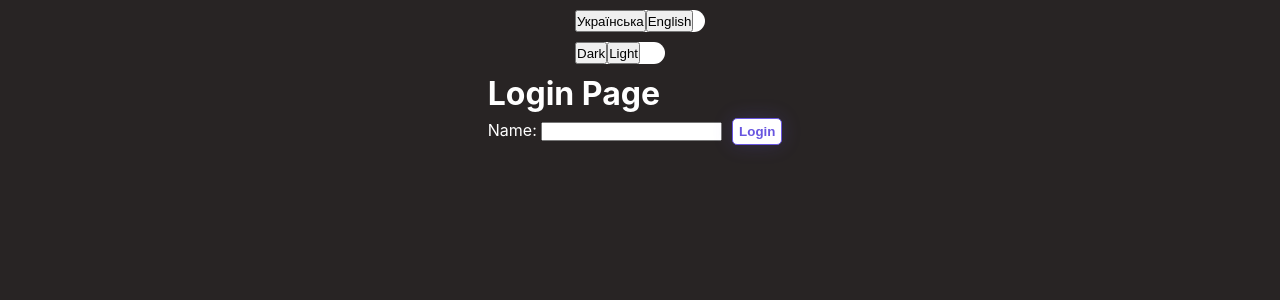
Repository: Novoselets28/star-wars-hooks
Page: /people
The author's editor kept a copy of each file at every save. The page is drawn from the files as they stood at one save, then again after the next save.
The browser window is 1280 px wide. The pictures show the whole page.
The project was rebuilt for these pictures with package versions that can differ from the ones it lists, and the page was loaded fresh each time. Also part of the build but not shown: src/components/HomePage.jsx, src/components/People/CurrentPeople.jsx, src/components/People/PeopleList.jsx, src/components/People/People.jsx, src/components/Planets/CurrentPlanet.jsx, src/components/Planets/PlanetsList.jsx, src/components/Planets/Planets.jsx, src/components/Starships/CurrentStarship.jsx and 4 more.

Above is the page before, as saved 2023-03-27 19:54:54.

### src/index.js
import React from 'react';
import ReactDOM from 'react-dom/client';
import './index.css';
import App from './App';
import reportWebVitals from './reportWebVitals';
import { BrowserRouter } from 'react-router-dom';



const root = ReactDOM.createRoot(document.getElementById('root'));
root.render(
  <React.StrictMode>
    <BrowserRouter>
      <App />
    </BrowserRouter>
  </React.StrictMode>
);

// If you want to start measuring performance in your app, pass a function
// to log results (for example: reportWebVitals(console.log))
// or send to an analytics endpoint. Learn more: https://bit.ly/CRA-vitals
reportWebVitals();

### src/App.js
import React, { createContext, useState } from 'react';
import { Route, Routes } from 'react-router';
import './App.css'
import Header from './components/Header';
import HomePage from './components/HomePage';
import People from './components/People/People';
import Planets from './components/Planets/Planets';
import Starships from './components/Starships/Starships';
import LoginPage from './components/LoginPage';
import RequireAuth from './hoc/RequireAuth';
import AuthProvider from './hoc/AuthProvider'
import Layout from './components/Layout';
import ErrorPage from './components/ErrorPage';



export const ThemeContext = createContext();
export const LangContext = createContext(null)

function App() {

  const [theme, setTheme] = useState("dark");

  const [currentLang, setCurrentLang] = useState("eng")


  return (
          <div className={`container-${theme}`}>
            <LangContext.Provider value={{currentLang, setCurrentLang}}>
              <ThemeContext.Provider value={{theme,setTheme}}>
                <AuthProvider>
                  <Header/>
                  <Routes>
                      <Route path="login" element={<LoginPage/>}/>
                      <Route path='*' element={<ErrorPage/>} />
                      <Route path='/' element={
                        <RequireAuth>
                          <Layout />
                        </RequireAuth>
                      }/>
                      <Route path="home" element={
                        <RequireAuth>
                          <HomePage />
                        </RequireAuth>
                      }/>
                      <Route path="people" element={
                        <RequireAuth>
                          <People />
                        </RequireAuth>
                      }/>
                      <Route path="planets" element={
                        <RequireAuth>
                          <Planets/>
                        </RequireAuth>
                      } />
                      <Route path="starships" element={
                        <RequireAuth>
                          <Starships/>
                        </RequireAuth>
                      } />
                  </Routes>
                </AuthProvider>
              </ThemeContext.Provider>
            </LangContext.Provider>
            </div>

  );
}

export default App;

### src/App.css
*{
  margin: 0;
  padding: 0;
}

.header{
  display: flex;
  justify-content: space-around;
  width: 100vw;
}

.navigate-block{
  display: flex;
}

header a{
  text-decoration: none;
  font-family: sans-serif;
  display: inline-block;
  color: #fff;
  padding: 10px 20px;
  background-color: rgb(48, 48, 61);
  border-bottom: 5px solid #f4ce28;
}

.container-dark {
  background-color: rgb(40, 36, 36);
  color: #fff;
  width: 100vw;
  height: 100vh;
  display: flex;
  flex-direction: column;
  align-items: center;
}

.container-light {
  background-color: rgb(171, 163, 163);
  color: #fff;
  width: 100vw;
  height: 100vh;
  display: flex;
  flex-direction: column;
  align-items: center;

}

.item-block{
  width: 240px;
  text-align: center;
}

.item-block button{
  cursor: pointer;
  border: none;
  border-radius: 25px;
  font-weight: 600;
  margin: 10px 10px;
  width: 50px;
  padding: 10px 0;
  box-shadow: 0 0 20px rgba(104, 85, 224, 0.2);
  transition: 0.4s;
  color: rgb(104, 85, 224);
  background-color: rgba(255, 255, 255, 1);
  border: 1px solid rgba(104, 85, 224, 1);
}

.item-block button:hover{
  color: white;
  box-shadow: 0 0 20px rgba(104, 85, 224, 0.6);
  background-color: rgba(104, 85, 224, 1);
}

.item-list{
  text-align: center;
}

.selected-item {
  background-color: rgb(56, 55, 55);
  margin: 15px;
  border: 3px solid rgb(103, 101, 101);
}

h2{
  color: rgb(8, 120, 8);
  cursor: pointer;
}

h2:hover{
  text-decoration: underline;
}

ul{
  background-color: rgb(56, 55, 55);
}

li{
  list-style: none;
  border: 1px solid rgb(103, 101, 101);
  cursor: pointer;
}

li:hover{
  box-shadow: 0 0 20px rgba(85, 85, 86, 0.6);
}

.button-box-theme{
  display: flex;
  width: 90px;
  height: 22px;
  margin: 10px 20px;
  position: relative;
  border-radius: 30px;
  background: #fff;
}

.button-box-lang{
  display: flex;
  width: 130px;
  height: 22px;
  margin: 10px 20px;
  position: relative;
  border-radius: 30px;
  background: #fff;
}

.btn-dark{
  padding: 5px;
  width: 45px;
  height: 22px;
  cursor: pointer;
  background: #e67e22;
  border: 0;
  border-radius: 30px;
  outline: none;
  transition: 0.2s;
  text-align: center;
}

.btn-light{
  padding: 5px;
  width: 45px;
  height: 22px;
  cursor: pointer;
  background: transparent;
  border: 0;
  outline: none;
  text-align: center;
}

.active{
  padding: 5px;
  width: 75px;
  height: 22px;
  cursor: pointer;
  background: linear-gradient(to right, yellow 50%, rgb(0, 166, 255) 50%);
  border: 0;
  border-radius: 30px;
  outline: none;
  transition: 0.2s;
  text-align: center;
}

.not-active{
  padding: 5px;
  width: 75px;
  height: 22px;
  cursor: pointer;
  background: transparent;
  border: 0;
  outline: none;
  text-align: center;
}

.home-page{
  text-align: center;
  padding: 20px 0;
}

.home-page button{
  cursor: pointer;
  border: 0;
  border-radius: 4px;
  font-weight: 600;
  margin: 10px 10px;
  width: 200px;
  padding: 10px 0;
  box-shadow: 0 0 20px rgba(104, 85, 224, 0.2);
  transition: 0.4s;
  color: rgb(104, 85, 224);
  background-color: rgba(255, 255, 255, 1);
  border: 1px solid rgba(104, 85, 224, 1);
}

.home-page button:hover{
    color: white;
    box-shadow: 0 0 20px rgba(104, 85, 224, 0.6);
    background-color: rgba(104, 85, 224, 1);
}

form button{
  cursor: pointer;
  border-radius: 5px;
  font-weight: 600;
  margin: 5px 10px;
  width: 50px;
  padding: 5px 0;
  box-shadow: 0 0 20px rgba(104, 85, 224, 0.2);
  transition: 0.4s;
  color: rgb(104, 85, 224);
  background-color: rgba(255, 255, 255, 1);
  border: 1px solid rgba(104, 85, 224, 1);
}

form button:hover{
  color: white;
  box-shadow: 0 0 20px rgba(104, 85, 224, 0.6);
  background-color: rgba(104, 85, 224, 1);
}

form input{
  cursor: pointer;
}

#error-page {
  text-align: center;
}

### src/components/Header.jsx
import React, { useContext } from 'react';
import { LangContext, ThemeContext } from '../App';




function Header() {
  const { language, setLanguage} = useContext(LangContext);
  const {theme , setTheme} = useContext(ThemeContext)






  return (
    <div>
      <div className="button-box-lang">
        <button className={language==="ukr" ? "active" : ""} onClick={()=>setLanguage("ukr")}>Українська</button>
        <button className={language==="eng" ? "active" : ""} onClick={()=>setLanguage("eng")}>English</button>
      </div>
      <div className="button-box-theme">
        <button className={theme==="light" ? "dark" : ""} onClick={()=>setTheme("dark")}>Dark</button>
        <button className={theme==="dark" ? "light" : ""} onClick={()=>setTheme("light")}>Light</button>
      </div>
    </div>
  );
}

export default Header;

### src/components/LoginPage.jsx
import { useLocation, useNavigate } from "react-router-dom";
import { useAuth } from "../hook/useAuth";

const LoginPage = () => {
  const navigate = useNavigate();
  const location = useLocation();

  const {signin} = useAuth();

  const fromPage = location.state?.from?.pathname || '/';

  const handleSubmit = (event) => {
    event.preventDefault();
    const form = event.target;
    const user = form.username.value;

    signin(user, ()=> navigate(fromPage, {replace: true}))
  }

  return (
    <div>
      <h1>Login Page</h1>
      <form onSubmit={handleSubmit}>
        <label>
          Name: <input name="username"/>
        </label>
        <button type="submit">Login</button>
      </form>
    </div>
  )
};

export default LoginPage;

### src/hoc/RequireAuth.jsx
import {useLocation, Navigate} from 'react-router-dom'


const RequireAuth = ({children}) =>{
    const location = useLocation();
    const auth = false;

    if(!auth){
        return <Navigate to='/login' state={{from:location}}/>
    }

    return children
}

export default RequireAuth;

### src/hoc/AuthProvider.jsx
import { createContext, useState } from "react";

export const AuthContext = createContext(null);

const AuthProvider = ({children}) => {

    const [user, setUser] = useState(null);

    const signin = (newUser, cb) =>{
        setUser(newUser);
        cb();
    }

    const signout = (cb) =>{
        setUser(null);
        cb();
    }

    const value = {user, signin, signout}


    return <AuthContext.Provider value={value}>
        {children}
    </AuthContext.Provider>
}

export default AuthProvider;

### src/hook/useAuth.jsx
import { useContext } from 'react'
import { AuthContext } from '../hoc/AuthProvider'

export function useAuth() {
  return useContext(AuthContext)
}

Loaded but not shown: public/index.html (common file); src/index.css (common file); src/reportWebVitals.js (common file)

After the next save:
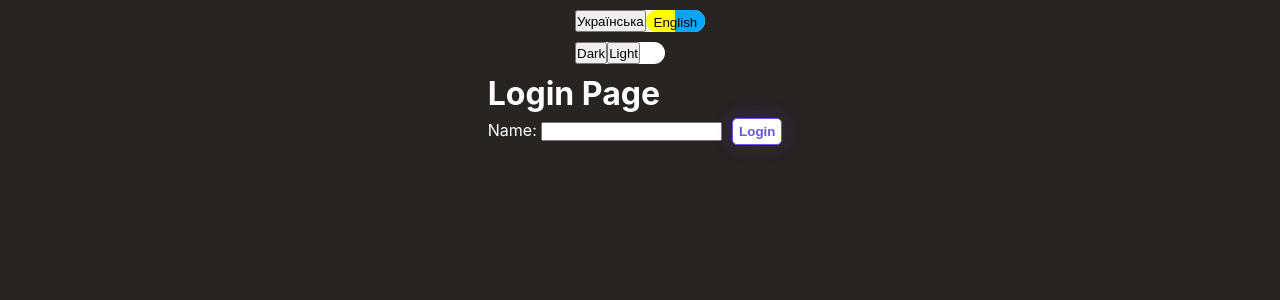
Saved 90 s later.
--- a/src/App.js
+++ b/src/App.js
@@ -21,12 +21,12 @@ function App() {
 
   const [theme, setTheme] = useState("dark");
 
-  const [currentLang, setCurrentLang] = useState("eng")
+  const [language, setLanguage] = useState("eng")
 
 
   return (
           <div className={`container-${theme}`}>
-            <LangContext.Provider value={{currentLang, setCurrentLang}}>
+            <LangContext.Provider value={{language, setLanguage}}>
               <ThemeContext.Provider value={{theme,setTheme}}>
                 <AuthProvider>
                   <Header/>
